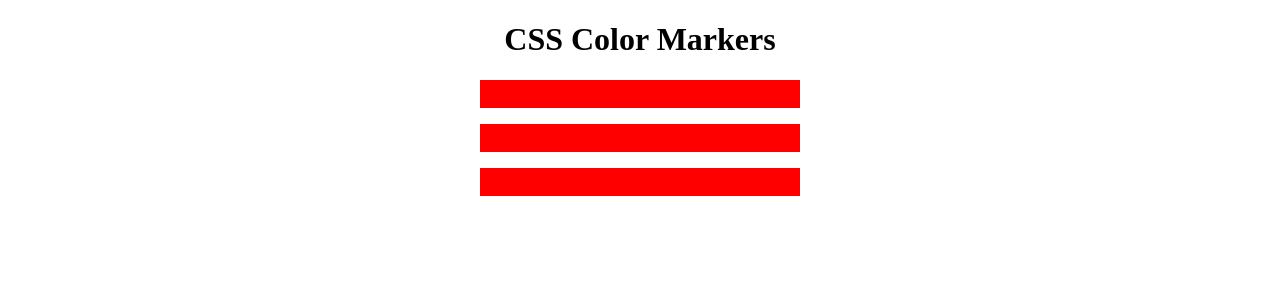
Repository: Lungdjos/color_markers
Page: index.html
An editor plug-in stored every save of this project. The page is shown before and after a run of saves, followed by the edit.
The browser window is 1280 px wide. The pictures show the whole page.

Above is the page before, as saved 2023-09-13 10:58:07.

### index.html
<!DOCTYPE html>
<html lang="en">

<head>
    <meta charset="UTF-8">
    <meta name="viewport" content="width=device-width, initial-scale=1.0">
    <title>Colored Markers</title>
    <link rel="stylesheet" href="styles.css">
</head>

<body>
    <h1>CSS Color Markers</h1>
    <div class="container">
        <div class="marker"></div>
        <div class="marker"></div>
        <div class="marker"></div>
    </div>
</body>

</html>

### styles.css
/* STYLING */

h1 {
    text-align: center;
}

.marker {
    background-color: red;
    width: 320px;
    height: 28px;
    margin: 16px auto;
}

After the next 2 saves:
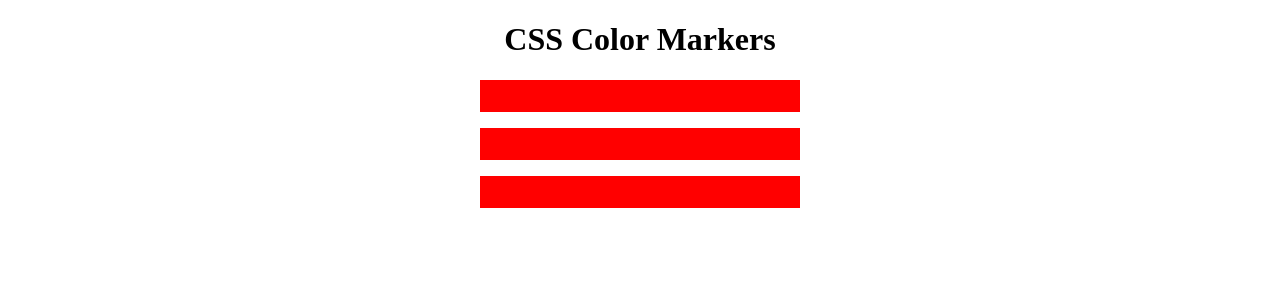
The 2 saves are shown as one change because they came seconds apart.
The last was saved 11 s later.
--- a/styles.css
+++ b/styles.css
@@ -7,6 +7,6 @@
 .marker {
     background-color: red;
     width: 320px;
-    height: 28px;
+    height: 32px;
     margin: 16px auto;
 }
